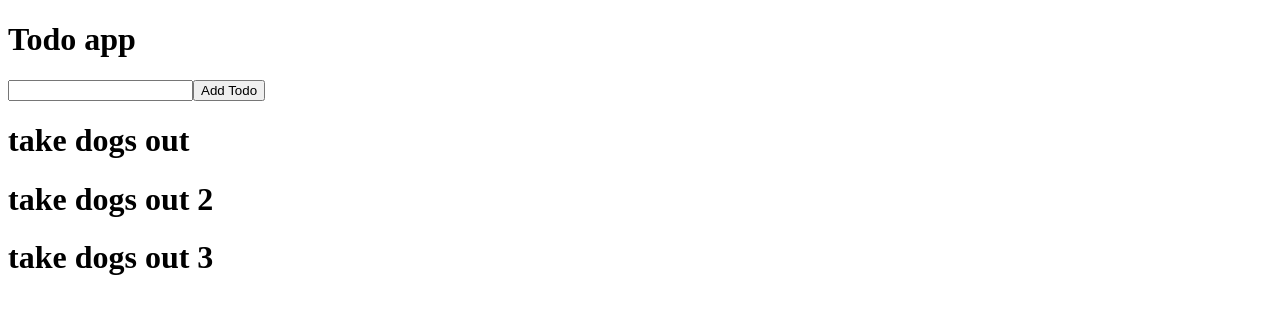
Repository: brodave318/todo-app
Page: /
These files come from the project's save history. The page is drawn as it stood at one moment and after the next save; the edit follows.
The browser window is 1280 px wide. The pictures show the whole page.
The project was rebuilt for these pictures with package versions that can differ from the ones it lists, and the page was loaded fresh each time. Also part of the build but not shown: src/index.css, src/App.css.

Above is the page before, as saved 2020-05-20 14:11:20.

### src/App.js
import React, { useState } from 'react';
import './App.css';
import Todo from "./Todo"

function App() {
  const [input, setInput] = useState('')
  const [todos, setTodos] = useState([])
  const addTodo = (e) => {
    console.log("BOOM >", input)

    // Add to todos array
    setTodos([...todos, input])
    // Clear the input field
    setInput("")

    console.log([...todos, input])
  }

  return (
    <div className="App">
      <h1>Todo app</h1>
      <input value={input} onChange={e => setInput(e.target.value)} type="text" />
      <button onClick={addTodo}>Add Todo</button>
      {/* Render from "./Todo" */}
      <Todo title="take dogs out" />
      <Todo title="take dogs out 2" />
      <Todo title="take dogs out 3" />
    </div>
  );
}

export default App;
/* state : short term memory
  property : customization of a component to another component */

### src/Todo.js
import React from 'react'

const Todo = (props) => {
  return (
    <div>
      <h1>{props.title}</h1>
    </div>
  )
}

export default Todo

Loaded but not shown: public/index.html (common file); src/index.js (common file); src/serviceWorker.js (common file)

After the next save:
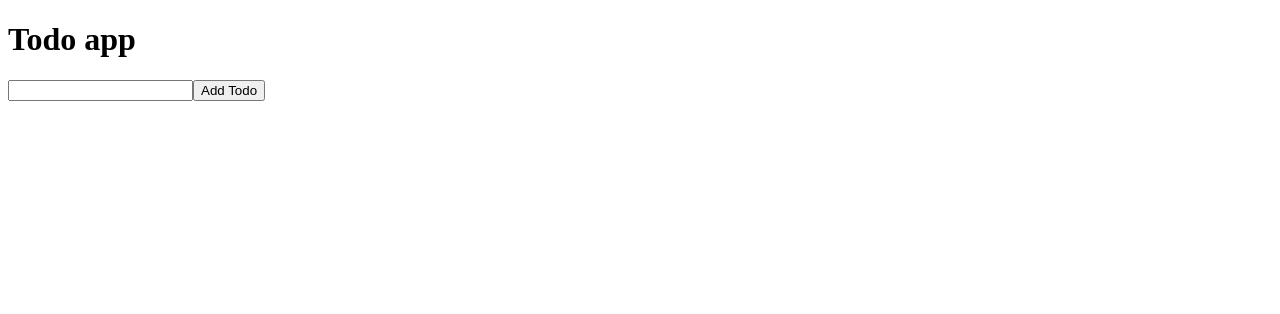
Saved 28 min 17 s later.
--- a/src/App.js
+++ b/src/App.js
@@ -12,8 +12,6 @@ function App() {
     setTodos([...todos, input])
     // Clear the input field
     setInput("")
-
-    console.log([...todos, input])
   }
 
   return (
@@ -21,10 +19,11 @@ function App() {
       <h1>Todo app</h1>
       <input value={input} onChange={e => setInput(e.target.value)} type="text" />
       <button onClick={addTodo}>Add Todo</button>
-      {/* Render from "./Todo" */}
-      <Todo title="take dogs out" />
-      <Todo title="take dogs out 2" />
-      <Todo title="take dogs out 3" />
+
+      {/* Render todos */}
+      {todos.map(todo => {
+        return <Todo title={todo} />
+      })}
     </div>
   );
 }
